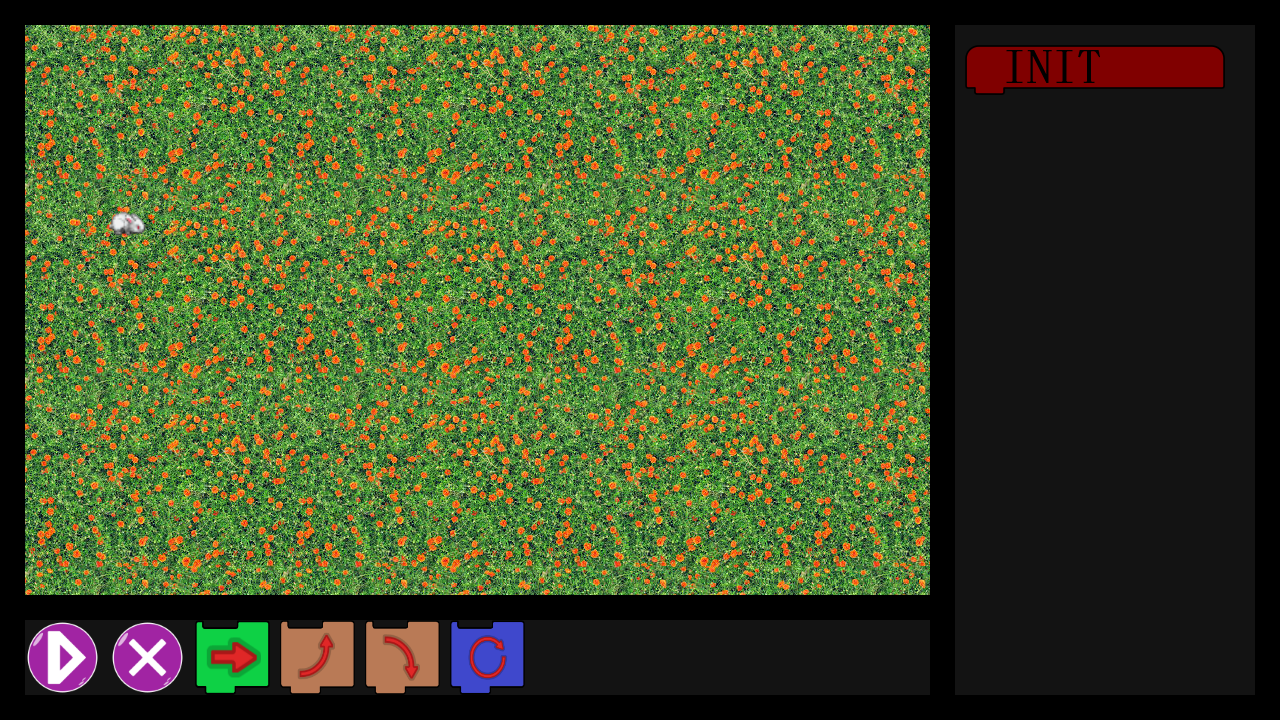
Repository: shiducai/trabajos-U.A.
Page: workspace/index.html
The author's editor kept a record of every edit. The page is drawn from the files as they stood at one moment, then again after the next edit.
The browser window is 1280 px wide. The pictures show the whole page.

Above is the page before.

After the next edit:
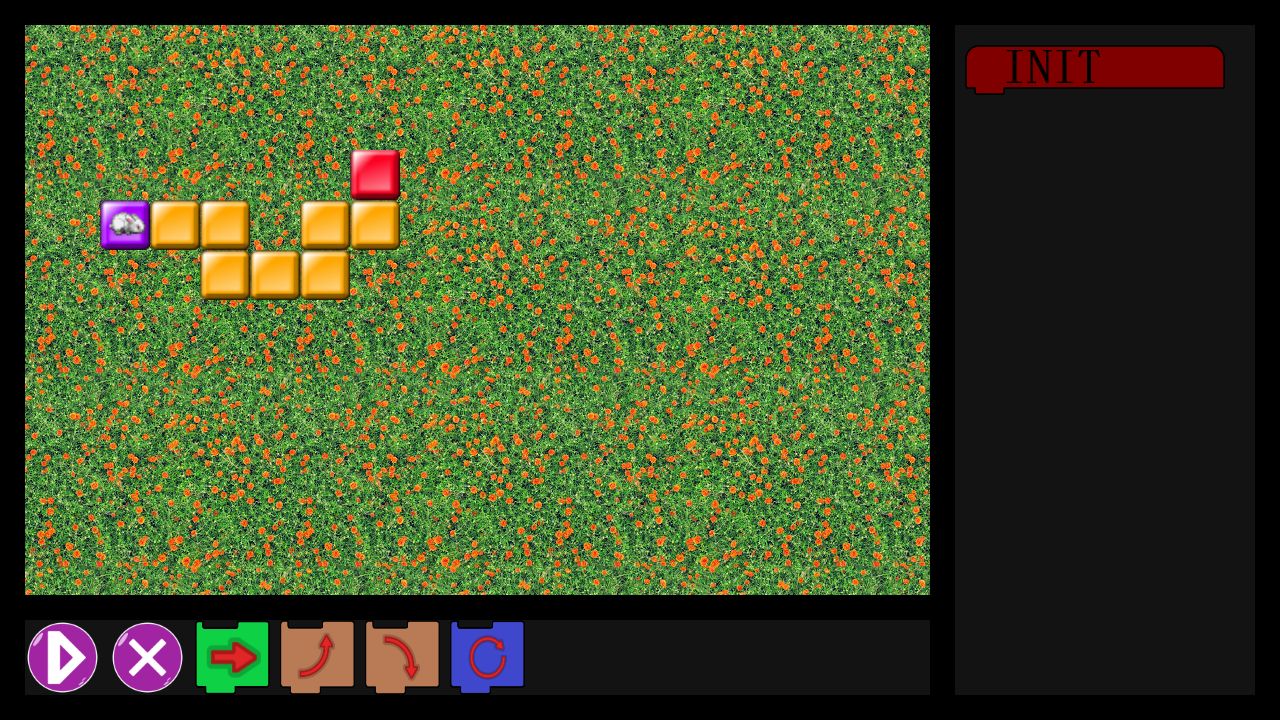
The edit:
--- a/workspace/js/class/scene/Level1.js
+++ b/workspace/js/class/scene/Level1.js
@@ -13,7 +13,7 @@
     this.draw = function() {
         for (var i = 0; i < this.tiles.length; i++) {
             var tile = this.tiles[i];
-            SCENE_CTX.drawImage(tile.img, tile.x, tile.y, tile.width, tile.heigth);
+            SCENE_CTX.drawImage(tile.img, tile.x, tile.y, tile.width, tile.height);
         }
     }
 
